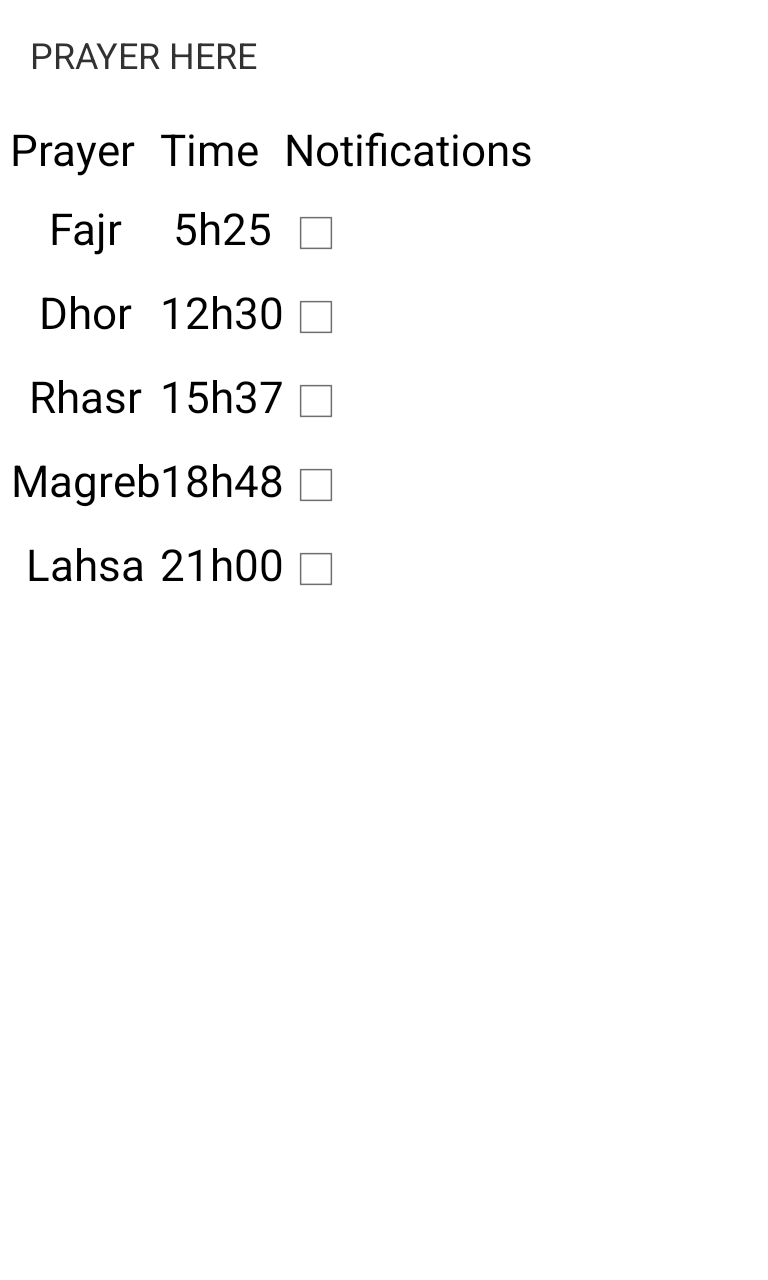
Repository: Osamah/Afstudeerwerk
Layout: NativeApp/SecondPillar/res/layout/activity_prayer.xml
The author's editor kept a copy of each file at every save. The layout is drawn from the files as they stood at one save, then again after the next save.
It is drawn on a 768 x 1280 px phone screen (xhdpi) without system bars, with theme AppTheme; the app's code is not run.

Above is the layout before, as saved 2012-12-27 23:53:20.

### NativeApp/SecondPillar/res/layout/activity_prayer.xml
<?xml version="1.0" encoding="utf-8"?>
<LinearLayout
  xmlns:android="http://schemas.android.com/apk/res/android"
  android:orientation="vertical"
  android:layout_width="match_parent"
  android:layout_height="match_parent">

  <!-- Screen Design -->
  <TextView android:text="PRAYER HERE"
            android:padding="15dip"
            android:textSize="18dip"
            android:layout_width="fill_parent"
            android:layout_height="wrap_content"/>



  <TableLayout xmlns:android="http://schemas.android.com/apk/res/android"
    android:id="@+id/tblPrayer"
    android:layout_width="fill_parent"
    android:layout_height="fill_parent" >

  <!-- HEADER -->
 	<TableRow
        android:id="@+id/headerRow"
        android:layout_width="fill_parent"
        android:layout_height="wrap_content"
        android:padding="5dip" >

        <TextView
            android:id="@+id/headerCol1"
            android:text="@string/headerCol1"
            android:textAppearance="?android:attr/textAppearanceLarge" />

        <TextView
            android:id="@+id/headerCol2"
            android:text="@string/headerCol2"
            android:textAppearance="?android:attr/textAppearanceLarge" />

     	<TextView
            android:id="@+id/headerCol3"
            android:text="@string/headerCol3"
            android:textAppearance="?android:attr/textAppearanceLarge" />

  	</TableRow>

 	<!-- PRAYER 1 -->
    <TableRow
        android:id="@+id/fjarRow"
        android:layout_width="wrap_content"
        android:layout_height="wrap_content"
        android:padding="5dip" >

        <TextView
            android:id="@+id/prayer1"
            android:text="@string/prayer1"
            android:textAppearance="?android:attr/textAppearanceLarge"
            android:gravity="center"/>

        <TextView
            android:id="@+id/prayerTime1"
            android:text="@string/prayerTime1"
            android:textAppearance="?android:attr/textAppearanceLarge"
            android:gravity="center"/>

        <CheckBox
            android:id="@+id/prayerNotification1"
            android:gravity="center"
        />
  	</TableRow>

    <!-- PRAYER 2 -->
    <TableRow
        android:id="@+id/dhorRow"
        android:layout_width="wrap_content"
        android:layout_height="wrap_content"
        android:padding="5dip" >

       <TextView
            android:id="@+id/prayer2"
            android:text="@string/prayer2"
            android:textAppearance="?android:attr/textAppearanceLarge"
            android:gravity="center"
            />

        <TextView
            android:id="@+id/prayerTime2"
            android:text="@string/prayerTime2"
            android:textAppearance="?android:attr/textAppearanceLarge"
            android:gravity="center"
            />

        <CheckBox
            android:id="@+id/prayerNotification2"
            android:gravity="center"
        />
  	</TableRow>

    <!-- PRAYER 3 -->
    <TableRow
        android:id="@+id/rhasrRow"
        android:layout_width="wrap_content"
        android:layout_height="wrap_content"
        android:padding="5dip" >

       <TextView
            android:id="@+id/prayer3"
            android:text="@string/prayer3"
            android:textAppearance="?android:attr/textAppearanceLarge"
            android:gravity="center" />

        <TextView
            android:id="@+id/prayerTime3"
            android:text="@string/prayerTime3"
            android:textAppearance="?android:attr/textAppearanceLarge"
            android:gravity="center" />

        <CheckBox
            android:id="@+id/prayerNotification3"
            android:gravity="center"
        />
  	</TableRow>

    <!-- PRAYER 4 -->
    <TableRow
        android:id="@+id/magrebRow"
        android:layout_width="wrap_content"
        android:layout_height="wrap_content"
        android:padding="5dip" >

        <TextView
            android:id="@+id/prayer4"
            android:text="@string/prayer4"
            android:textAppearance="?android:attr/textAppearanceLarge"
            android:gravity="center"
            />

        <TextView
            android:id="@+id/prayerTime4"
            android:text="@string/prayerTime4"
            android:textAppearance="?android:attr/textAppearanceLarge"
            android:gravity="center"
            />

        <CheckBox
            android:id="@+id/prayerNotification4"
            android:gravity="center"
        />
  	</TableRow>


    <!-- PRAYER 5 -->
    <TableRow
        android:id="@+id/lahsaRow"
        android:layout_width="wrap_content"
        android:layout_height="wrap_content"
        android:padding="5dip" >

  		 <TextView
            android:id="@+id/prayer5"
            android:text="@string/prayer5"
            android:textAppearance="?android:attr/textAppearanceLarge"
            android:gravity="center"
            />

        <TextView
            android:id="@+id/prayerTime5"
            android:text="@string/prayerTime5"
            android:gravity="center"
            android:textAppearance="?android:attr/textAppearanceLarge"
            />

        <CheckBox
            android:id="@+id/prayerNotification5"
            android:gravity="center"
            android:layout_width="wrap_content"
            android:layout_height="wrap_content"
        />
  	</TableRow>
    </TableLayout>


</LinearLayout>

### NativeApp/SecondPillar/res/values/strings.xml
<?xml version="1.0" encoding="utf-8"?>
<resources>

    <string name="app_name">Second Pillar</string>
    <string name="edit_message">Enter a message</string>
    <string name="button_send">Send</string>
    <string name="menu_settings">Settings</string>
    <string name="favorite">MyFavorite String</string>
    <string name="menu_search">Search</string>



    <string name="headerCol1">Prayer</string>
    <string name="headerCol2">Time</string>
    <string name="headerCol3">Notifications</string>

    <string name="prayer1">Fajr</string>
    <string name="prayer2">Dhor</string>
    <string name="prayer3">Rhasr</string>
    <string name="prayer4">Magreb</string>
    <string name="prayer5">Lahsa</string>

    <string name="prayerTime1">5h25</string>
    <string name="prayerTime2">12h30</string>
    <string name="prayerTime3">15h37</string>
    <string name="prayerTime4">18h48</string>
    <string name="prayerTime5">21h00</string>

</resources>

Loaded but not shown: NativeApp/SecondPillar/res/values/styles.xml (common file); NativeApp/SecondPillar/res/values-v11/styles.xml (common file); NativeApp/SecondPillar/res/values-v14/styles.xml (common file)

After the next save:
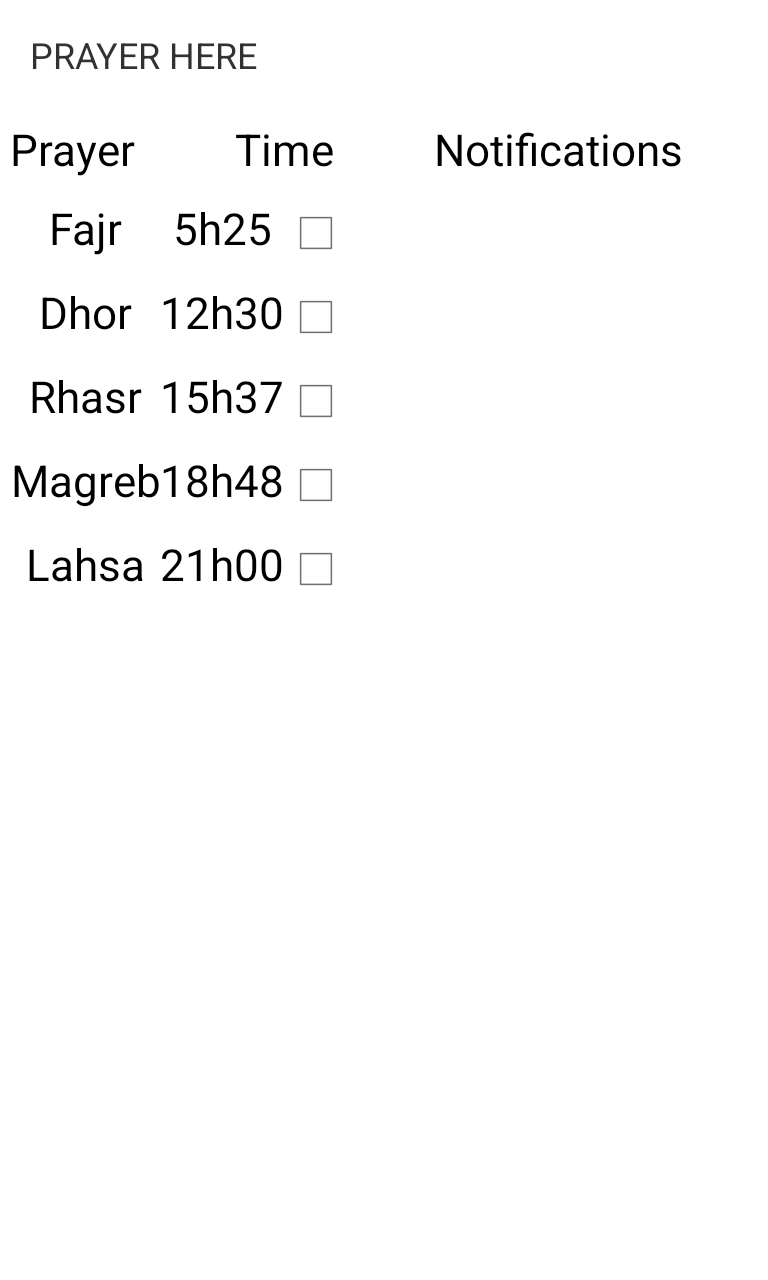
Saved 83 s later.
--- a/NativeApp/SecondPillar/res/layout/activity_prayer.xml
+++ b/NativeApp/SecondPillar/res/layout/activity_prayer.xml
@@ -29,16 +29,19 @@
         <TextView
             android:id="@+id/headerCol1"
             android:text="@string/headerCol1"
+            android:layout_weight="1"
             android:textAppearance="?android:attr/textAppearanceLarge" />
 
         <TextView
             android:id="@+id/headerCol2"
             android:text="@string/headerCol2"
+            android:layout_weight="1"
             android:textAppearance="?android:attr/textAppearanceLarge" />
 
      	<TextView
             android:id="@+id/headerCol3"
             android:text="@string/headerCol3"
+            android:layout_weight="1"
             android:textAppearance="?android:attr/textAppearanceLarge" />
 
   	</TableRow>
